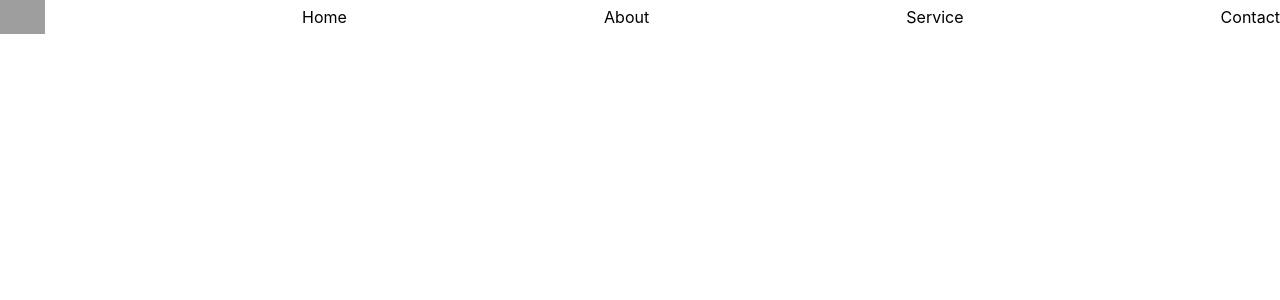
Repository: Abel-A16/react-tailwind
Page: /
The author's editor kept a copy of each file at every save. The page is drawn from the files as they stood at one save, then again after the next save.
The browser window is 1280 px wide. The pictures show the whole page.
Pictures or frames that could not be fetched are drawn as grey boxes. The project was rebuilt for these pictures with package versions that can differ from the ones it lists, and the page was loaded fresh each time.

Above is the page before, as saved 2024-10-10 13:47:17.

After the next save:
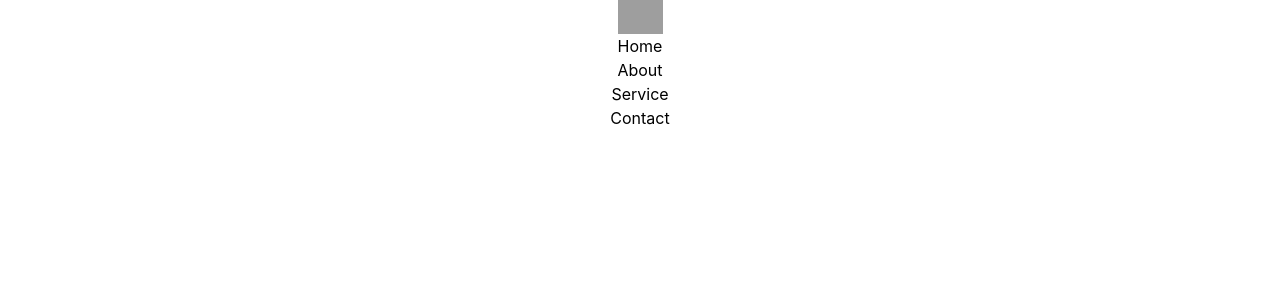
Saved 5 s later.
--- a/src/components/NavBar.js
+++ b/src/components/NavBar.js
@@ -2,7 +2,7 @@
 
 function NavBar() {
   return (
-    <div className='flex flex-row justify-between items-center'>
+    <div className='flex flex-col justify-between items-center'>
 
         <img className=' justify-between items-center' src='../logo.webp' width={45} height={45} alt=''/>
 
